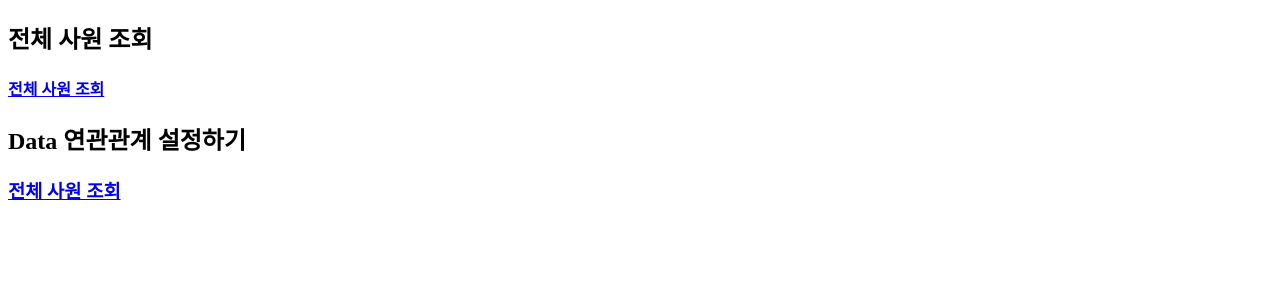
Repository: HSH-1616/JavaAcademy
Page: http://localhost/02_mybatis_dy/
The author's editor kept a copy of each file at every save. The page is drawn from the files as they stood at one save, then again after the next save.
The browser window is 1280 px wide. The pictures show the whole page.
The page is served by Tomcat 9. Other server files are loaded and not shown.

Above is the page before, as saved 2023-07-08 11:52:11.

### BackEnd/MyBatis/MyBatisWork/02_mybatis_dy/src/main/webapp/index.jsp
<%@ page language="java" contentType="text/html; charset=UTF-8"
	pageEncoding="UTF-8"%>
<%@taglib prefix="c" uri="http://java.sun.com/jsp/jstl/core"%>
<%@taglib prefix="fmt" uri="http://java.sun.com/jsp/jstl/fmt"%>
<c:set var="path" value="${pageContext.request.contextPath }" />
<!DOCTYPE html>
<html>
<head>
<meta charset="UTF-8">
<title>마이바티스 동적쿼리</title>
</head>
<body>
	<h2>전체 사원 조회</h2>
	<h4>
		<a href="${path}/selectBsAll.do">전체 사원 조회</a>
	</h4>

	<h2>Data 연관관계 설정하기</h2>
	<h3>
		<a href="${path}/emp/association.do">전체 사원 조회</a>
	</h3>
</body>
</html>

After the next save:
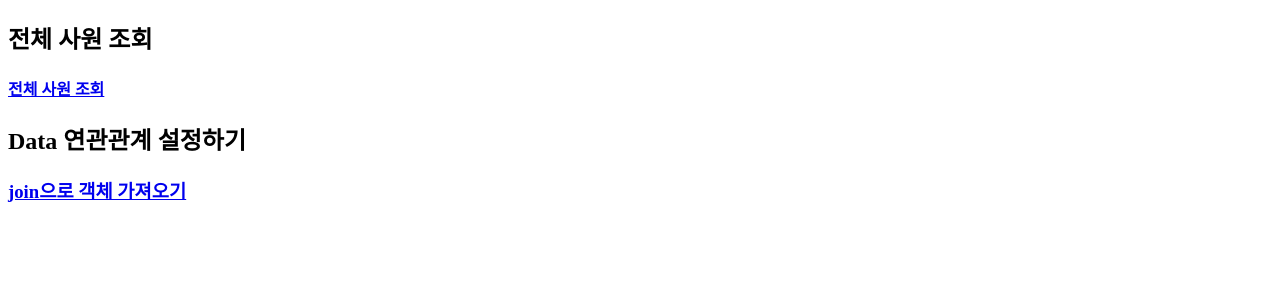
Saved 17 s later.
--- a/BackEnd/MyBatis/MyBatisWork/02_mybatis_dy/src/main/webapp/index.jsp
+++ b/BackEnd/MyBatis/MyBatisWork/02_mybatis_dy/src/main/webapp/index.jsp
@@ -17,7 +17,7 @@
 
 	<h2>Data 연관관계 설정하기</h2>
 	<h3>
-		<a href="${path}/emp/association.do">전체 사원 조회</a>
+		<a href="${path}/emp/association.do">join으로 객체 가져오기</a>
 	</h3>
 </body>
 </html>
